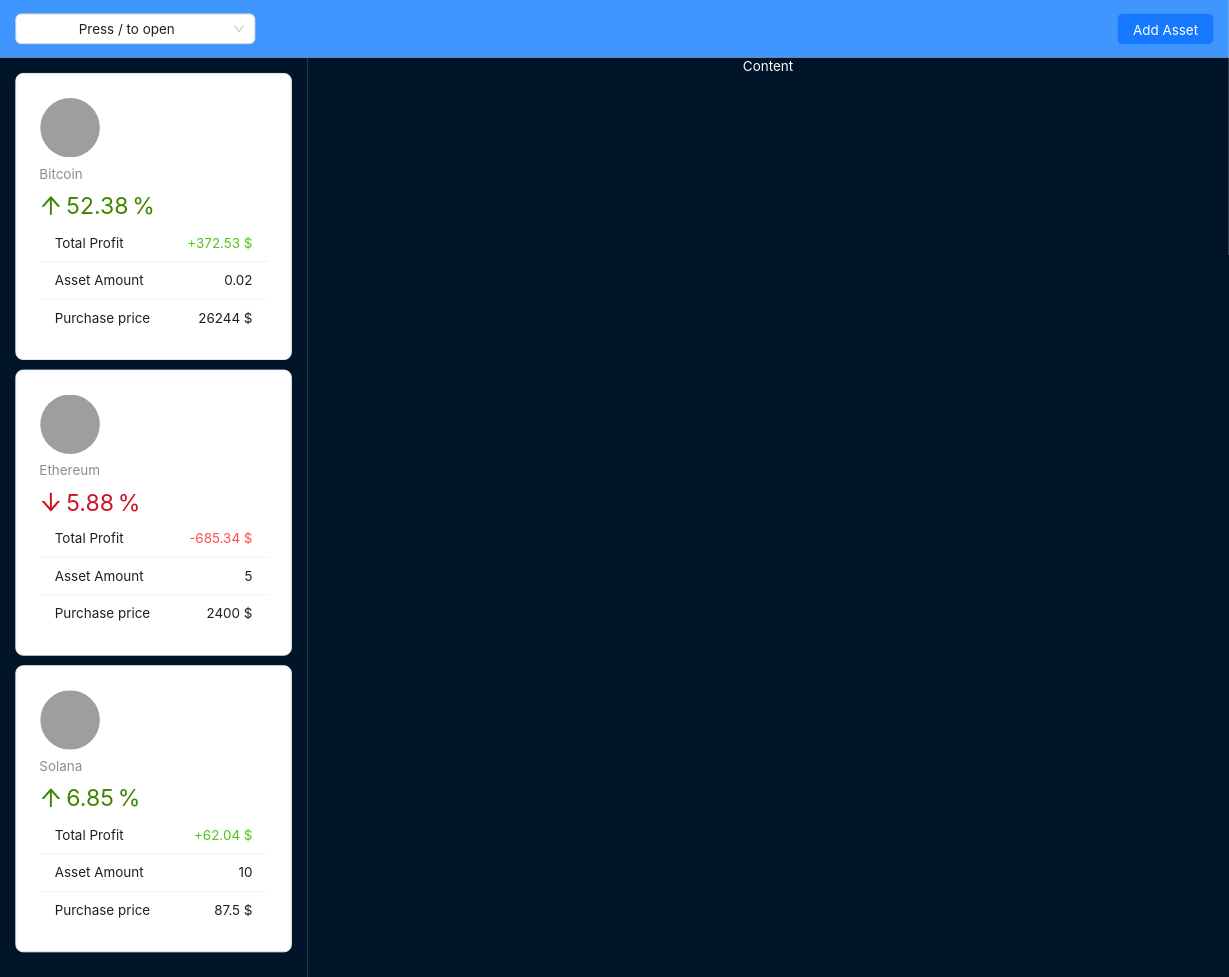
Repository: Vadia23/React-Crypto-App
Page: /
These files come from the project's save history. The page is drawn as it stood at one moment and after the next save; the edit follows.
The browser window is 1280 px wide. The pictures show the whole page, at 96% of full size.
Pictures or frames that could not be fetched are drawn as grey boxes. The project was rebuilt for these pictures with package versions that can differ from the ones it lists, and the page was loaded fresh each time. Also part of the build but not shown: vite.config.js.

Above is the page before, as saved 2024-02-15 16:15:13.

After the next save:
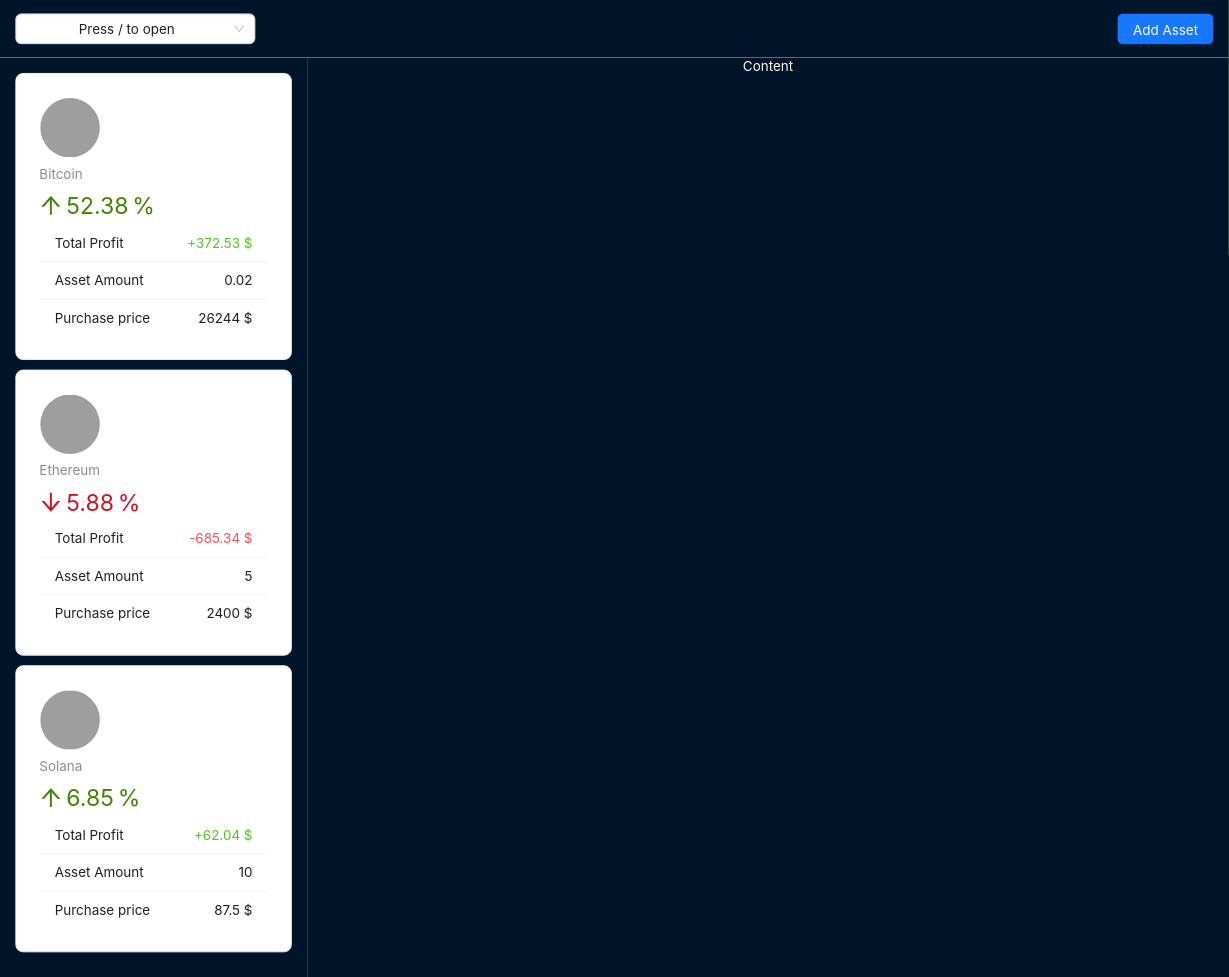
Saved 5 min 40 s later.
--- a/src/components/layout/AppHeader.jsx
+++ b/src/components/layout/AppHeader.jsx
@@ -6,7 +6,7 @@
   textAlign: "center",
   color: "#fff",
   height: 60,
-  backgroundColor: "#4096ff",
+  // backgroundColor: "#4096ff",
   width: "100%",
   padding: "1rem",
   display: "flex",
